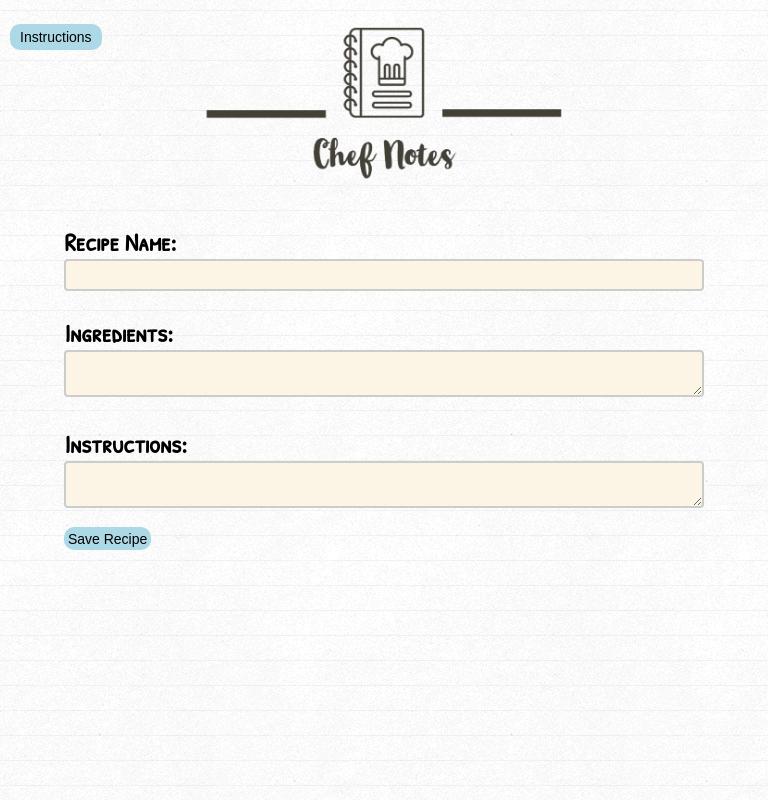
Repository: Chadloswald/RecipeSite
Page: docs/index.html
An editor plug-in stored every save of this project. The page is shown before and after the next save, followed by the edit.
The browser window is 768 px wide. The pictures show the whole page.

Above is the page before, as saved 2023-06-19 10:07:49.

After the next save:
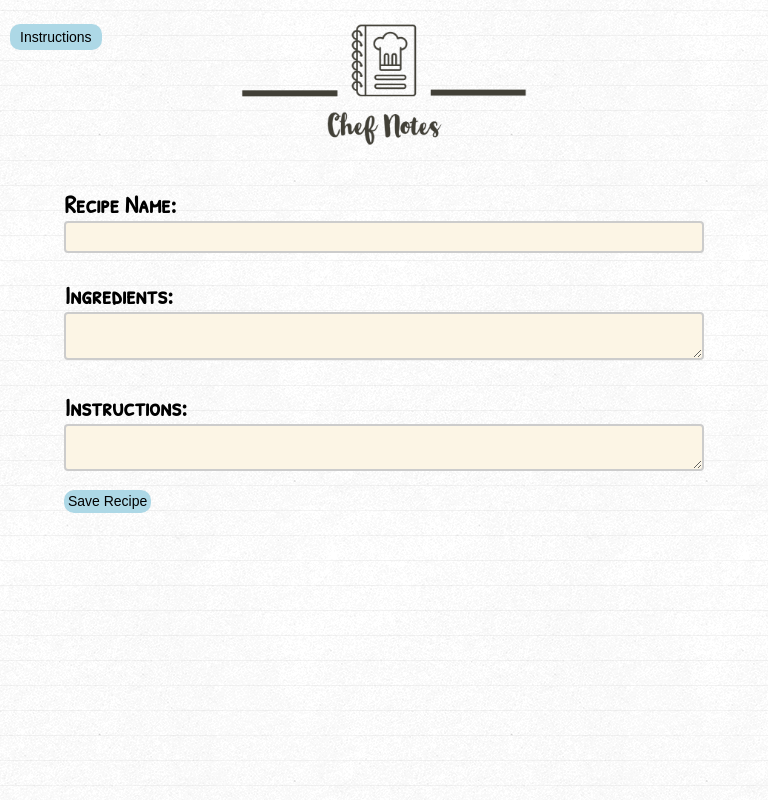
Saved 87 s later.
--- a/docs/style.css
+++ b/docs/style.css
@@ -190,6 +190,9 @@ p {
 
 /* CSS for screens up to 820px */
 @media screen and (max-width: 820px) {
+  #logo img {
+    max-width: 400px;
+  }
   body {
     margin-top: 12px;
   }
